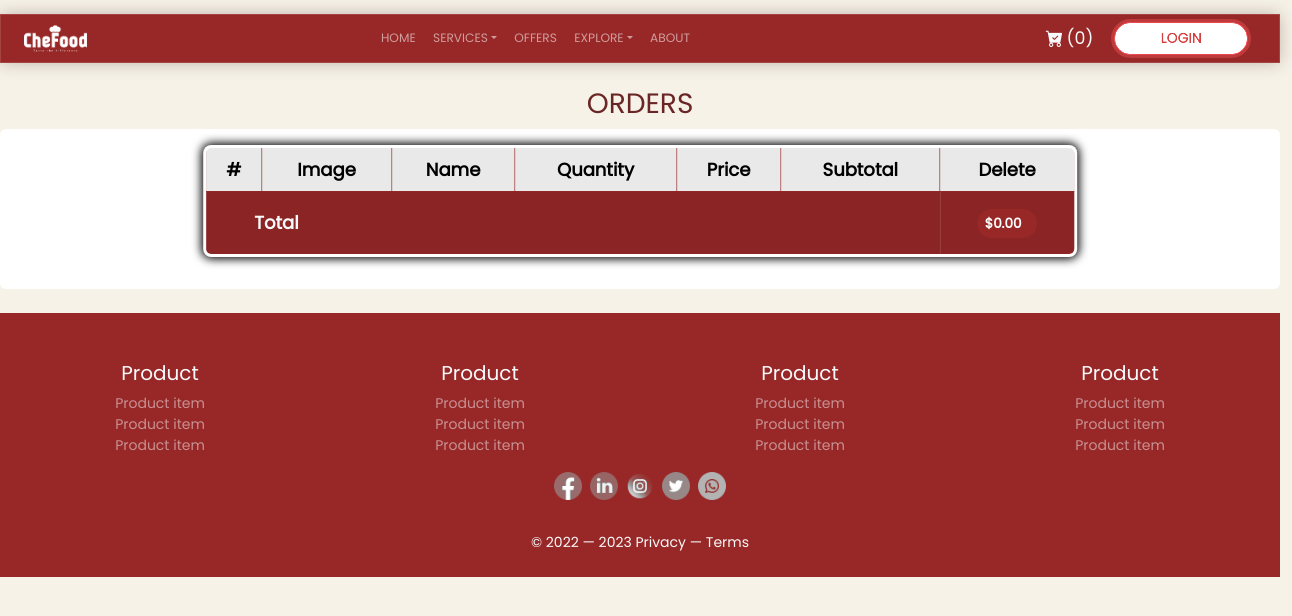
Repository: qamchamine/chefood
Page: /cart (app in front-end/)
These files come from the project's save history. The page is drawn as it stood at one moment and after the next save; the edit follows.
The browser window is 1280 px wide. The page is 1292 px wide, so the pictures cover 1292 px, including what lies to the right of the window. The pictures show the whole page.
The project was rebuilt for these pictures with package versions that can differ from the ones it lists, and the page was loaded fresh each time. Some packages were replaced by stand-ins written for this rebuild. Also part of the build but not shown: front-end/src/css/products.css, front-end/src/components/small_components/ProductCard.jsx, front-end/src/components/small_components/AddProduct.jsx, front-end/src/components/pages/sub-pages/Products.jsx, front-end/src/components/small_components/ButtonMain.jsx, front-end/src/components/small_components/HomeCard.jsx, front-end/src/components/small_components/HomeCardFullSection.jsx, front-end/src/components/pages/Home.jsx and 33 more. Imported but missing from the stored project, and not drawn on this page: front-end/src/sounds/applause.mp3, front-end/src/sounds/wheel.mp3.

Above is the page before, as saved 2023-06-25 20:38:30.

After the next save:
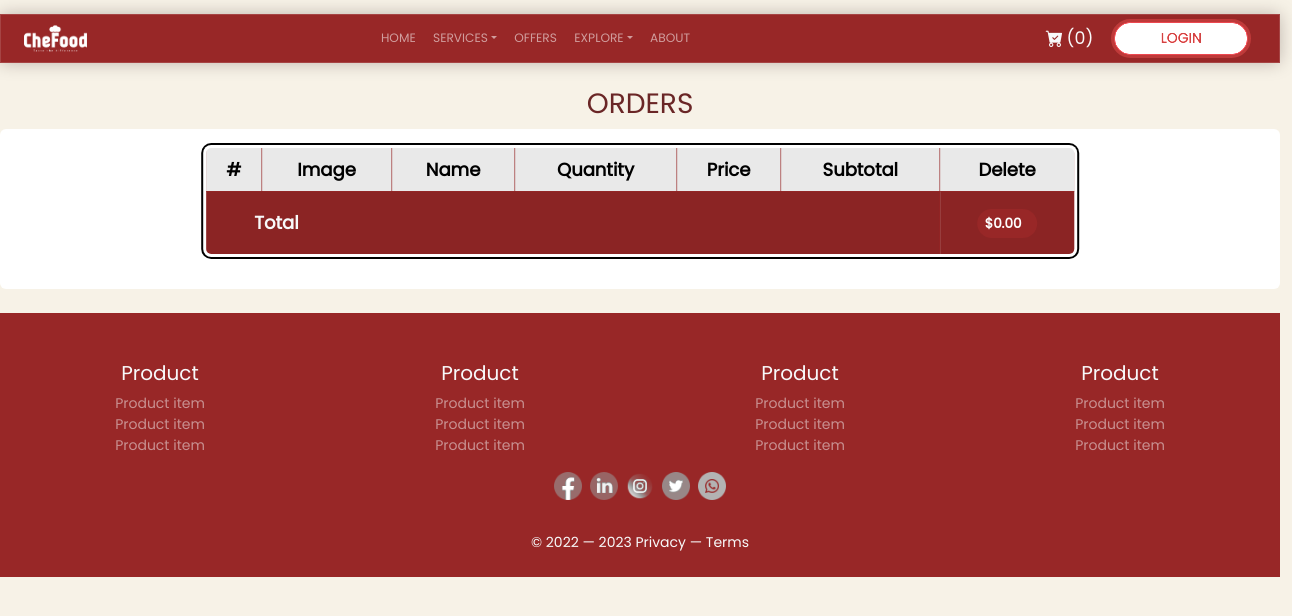
Saved 6 s later.
--- a/front-end/src/css/cart.css
+++ b/front-end/src/css/cart.css
@@ -21,7 +21,7 @@ translate: -50% 0;
 border-radius: 8px !important;
 overflow: hidden;
 border: .2em solid #982727aa !important;
-box-shadow:0 0 10px 2px black;
+box-shadow:0 0 0 2px black;
 }
 .cart-page .card {
     box-shadow:none;
